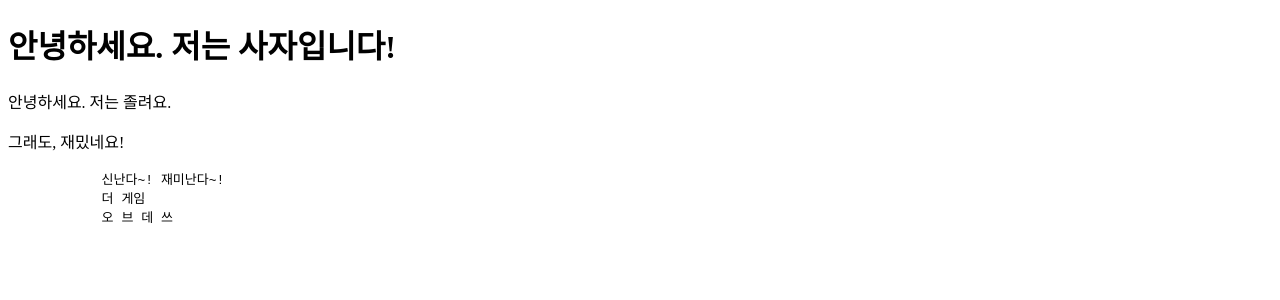
Repository: seungminlll3420/ruby_on_rails
Page: index.html
The author's editor kept a record of every edit. The page is drawn from the files as they stood at one moment, then again after the next edit.
The browser window is 1280 px wide. The pictures show the whole page.

Above is the page before.

After the next edit:
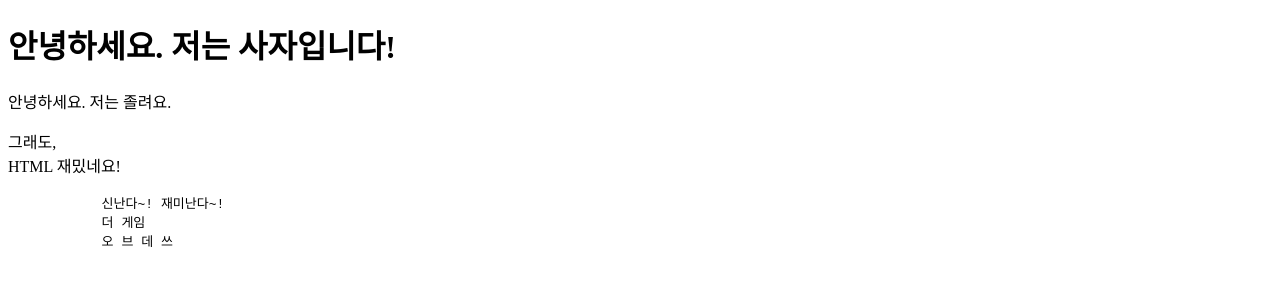
The edit:
--- a/index.html
+++ b/index.html
@@ -7,7 +7,7 @@
     <body>
         <h1>안녕하세요. 저는 사자입니다! </h1>
         <p>안녕하세요. 저는 졸려요.</p>
-        <p>그래도, 재밌네요!</p>
+        <p>그래도,<br>HTML 재밌네요!</p>
         <pre>
             신난다~! 재미난다~!
             더 게임
